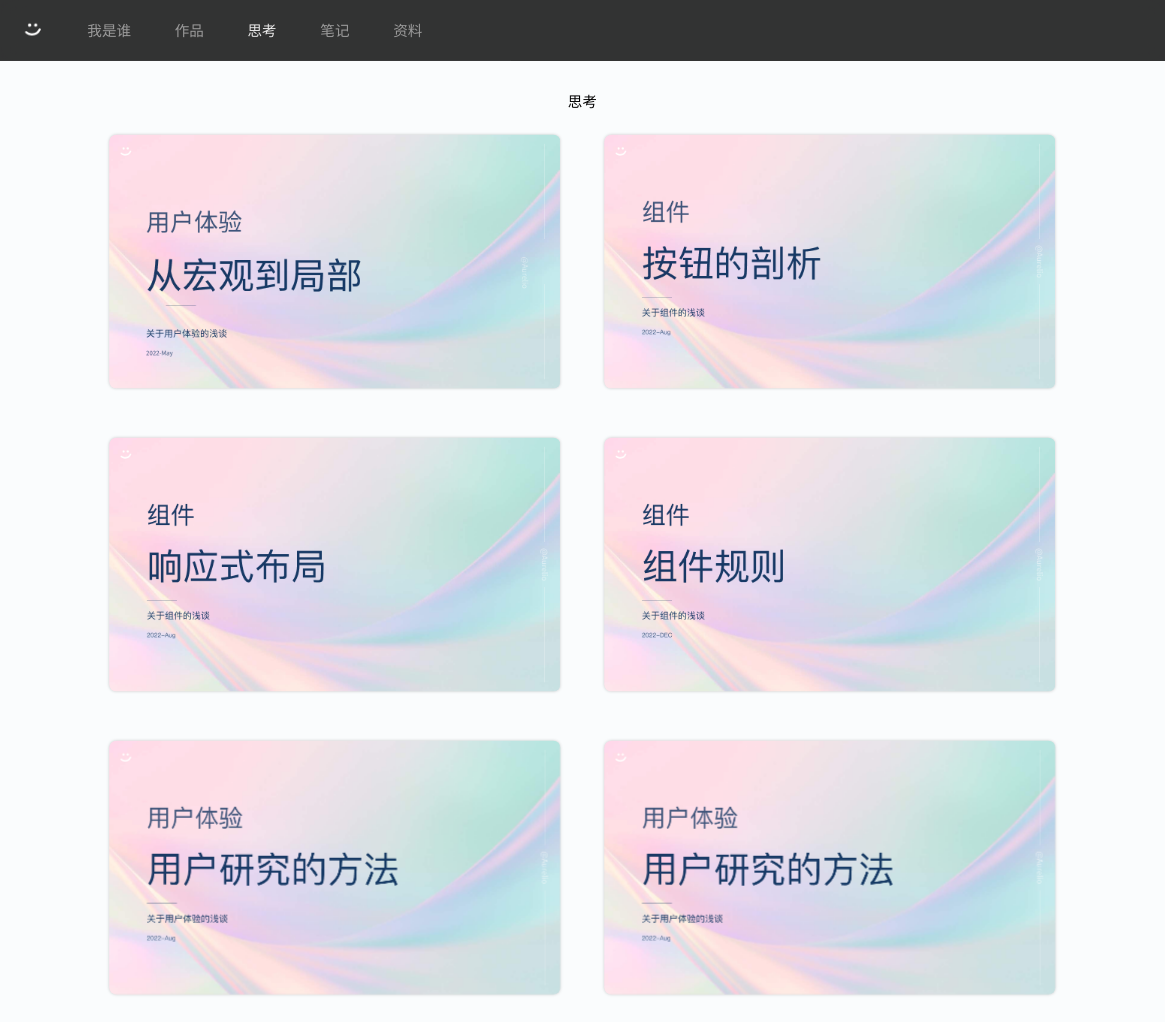
Repository: LiuZixu-aurelio/myblog-Vue
Page: /#/home/talk
These files come from the project's save history. The page is drawn as it stood at one moment and after the next save; the edit follows.
The browser window is 1280 px wide. The pictures show the whole page, at 91% of full size.
The project was rebuilt for these pictures with package versions that can differ from the ones it lists, and the page was loaded fresh each time. Also part of the build but not shown: vue.config.js, src/components/whoCom.vue, src/components/whocubeCom.vue, src/views/who.vue, src/views/PreView.vue, src/views/project.vue, src/views/sign.vue, src/views/test.vue and 1 more.

Above is the page before, as saved 2022-12-30 09:03:53.

After the next save:
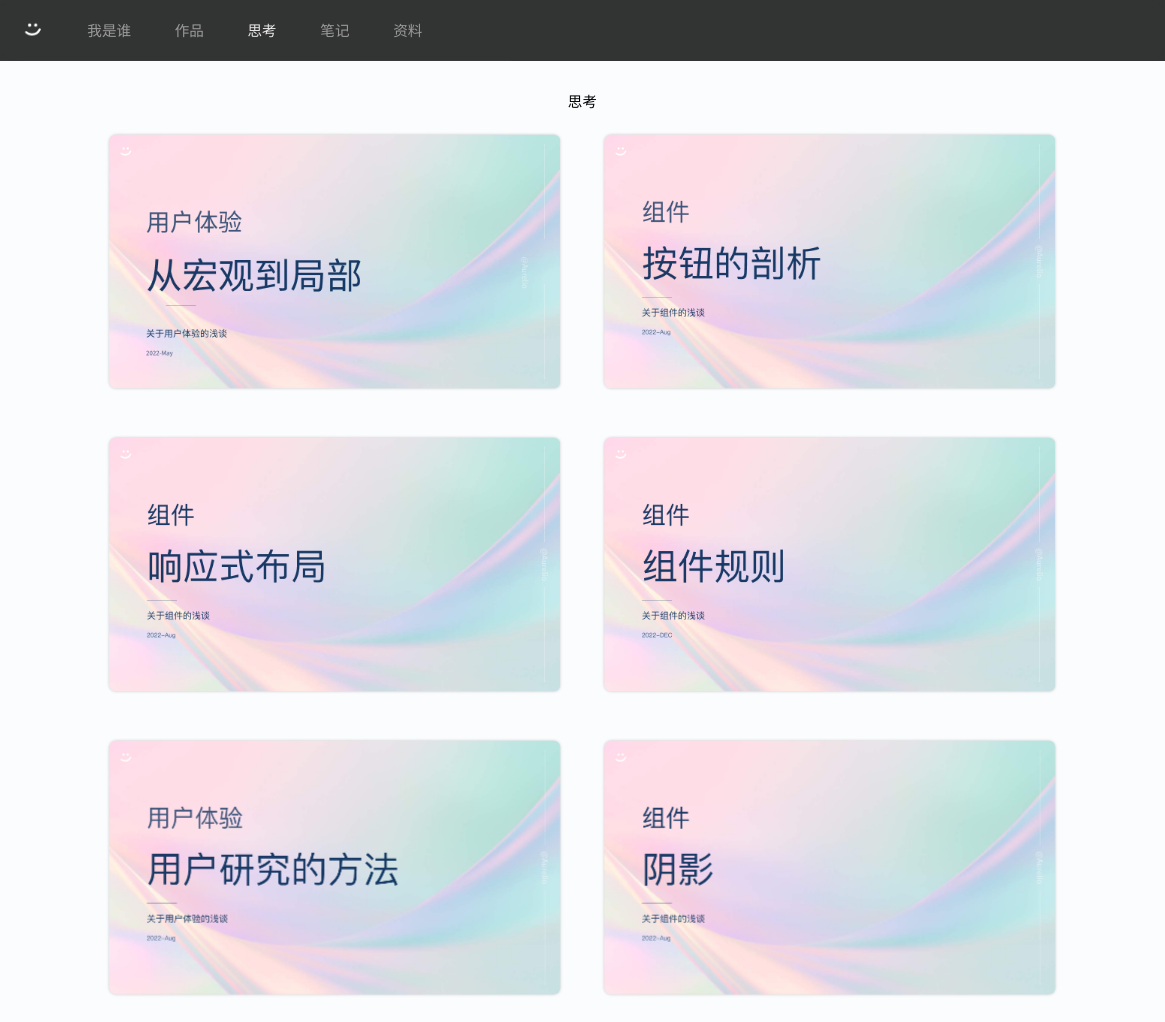
Saved 74 s later.
--- a/src/views/talk.vue
+++ b/src/views/talk.vue
@@ -7,7 +7,7 @@
             <CardCom :na='talkResponsive1' :ur='talkResponsive2' :lnk='talkResponsive4'></CardCom>
             <CardCom :na='talkrule1' :ur='talkrule2' :lnk='talkrule4'></CardCom>
             <CardCom :na='talkResearch1' :ur='talkResearch2' :lnk='talkResearch4'></CardCom>
-            <CardCom :na='talkResearch1' :ur='talkResearch2' :lnk='talkResearch4'></CardCom>
+            <CardCom :na='talkShadow1' :ur='talkShadow2' :lnk='talkShadow4'></CardCom>
         </div>
     </div>
 </template>
@@ -19,6 +19,8 @@ import {button1, button2, button4} from '../pages/c-button'
 import {talkResponsive1, talkResponsive2, talkResponsive4} from '../pages/talk-responsive'
 import {talkrule1, talkrule2, talkrule4} from '../pages/talk-rule'
 import {talkResearch1, talkResearch2, talkResearch4} from '../pages/talk-research'
+import {talkShadow1, talkShadow2, talkShadow4} from '../pages/talk-shadow'
+
 
 
 
@@ -32,7 +34,8 @@ export default {
         button1,button2,button4,
         talkResponsive1,talkResponsive2,talkResponsive4,
         talkrule1,talkrule2,talkrule4,
-        talkResearch1, talkResearch2, talkResearch4
+        talkResearch1, talkResearch2, talkResearch4,
+        talkShadow1, talkShadow2, talkShadow4
         }
     },
   components: { CardCom}
